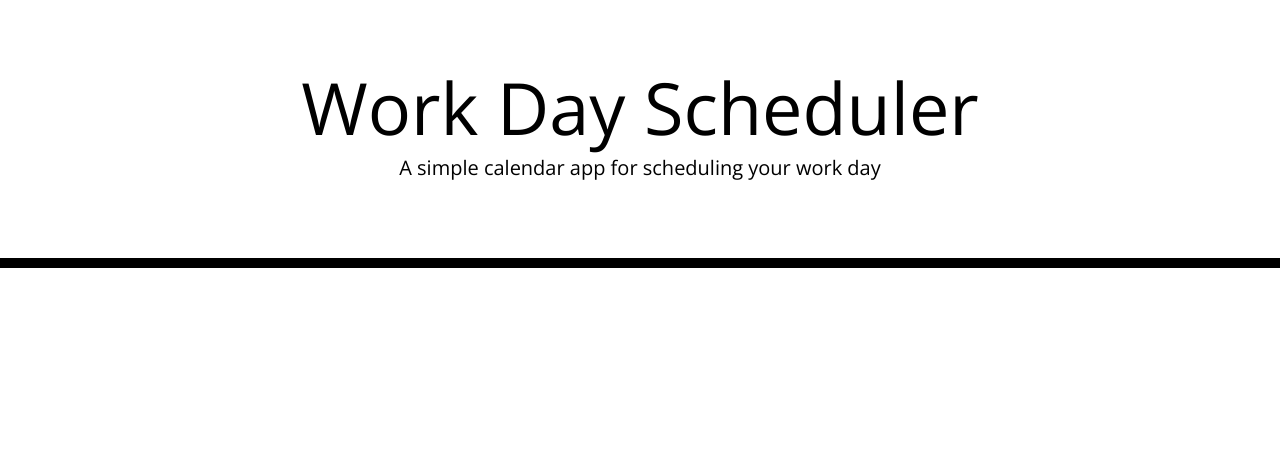
Repository: Mf948/DailyPlannerJS
Page: Develop/index.html
These files come from the project's save history. The page is drawn as it stood at one moment and after a run of saves; the edit follows.
The browser window is 1280 px wide. The pictures show the whole page.
Some web libraries are served in a nearby version.

Above is the page before, as saved 2020-12-08 22:09:21.
Console error: ReferenceError: el is not defined

### Develop/index.html
<!DOCTYPE html>
<html lang="en">
  <head>
    <meta charset="UTF-8" />
    <meta name="viewport" content="width=device-width, initial-scale=1.0" />
    <meta http-equiv="X-UA-Compatible" content="ie=edge" />
    <link
      rel="stylesheet"
      href="https://stackpath.bootstrapcdn.com/bootstrap/4.3.1/css/bootstrap.min.css"
    />
    <link
      rel="stylesheet"
      href="https://use.fontawesome.com/releases/v5.8.1/css/all.css"
      integrity="sha384-50oBUHEmvpQ+1lW4y57PTFmhCaXp0ML5d60M1M7uH2+nqUivzIebhndOJK28anvf"
      crossorigin="anonymous"
    />
    <link
      href="https://fonts.googleapis.com/css?family=Open+Sans&display=swap"
      rel="stylesheet"
    />
    <link rel="stylesheet" href="style.css" />
    <script src = "Java.js"></script>
    <title>Work Day Scheduler</title>
  </head>

  <body>
    <header class="jumbotron">
      <h1 class="display-3">Work Day Scheduler</h1>
      <p class="lead">A simple calendar app for scheduling your work day</p>
      <p id="currentDay" class="lead"></p>
    </header>
    <div class="container">
      <!-- Timeblocks go here -->
  <div
</div>
<table>

</table>
    </div>
    <script src="https://unpkg.com/dayjs@1.8.21/dayjs.min.js"></script>
    <script src="https://cdnjs.cloudflare.com/ajax/libs/jquery/3.2.1/jquery.min.js"></script>
    <script src="https://cdnjs.cloudflare.com/ajax/libs/moment.js/2.24.0/moment.min.js"></script>
  </body>
</html>

### Develop/style.css
body {
  font-family: 'Open Sans', sans-serif;
  font-size: 16px;
  line-height: 1;
}

textarea{
  background: transparent;
  border: none;
  resize: none;
  color: #000000;
  border-left: 1px solid black;
  padding: 10px;
}

.jumbotron {
  text-align: center;
  background-color: transparent;
  color: black;
  border-radius: 0;
  border-bottom: 10px solid black;
}

.description{
  white-space: pre-wrap;
}

.time-block{
  text-align: center;
  border-radius: 15px;
}

.row {
  white-space: pre-wrap;
  height: 80px;
  border-top: 1px solid white;;
}

.hour {
  background-color: #ffffff;
  color: #000000;
  border-top: 1px dashed #000000;
}

.past {
  background-color: #d3d3d3;
  color: white;
}

.present {
  background-color: #ff6961;
  color: white;
}

.future {
  background-color: #77dd77;
  color: white;
}

.saveBtn {
  border-left: 1px solid black;
  border-top-right-radius: 15px;
  border-bottom-right-radius: 15px;
  background-color: #06AED5;
  color: white;
}

.saveBtn i:hover {
  font-size: 20px;
  transition: all .3s ease-in-out;
}

### Develop/Java.js
console.log("hello")
 el.element = "hello"

After the next 3 saves:
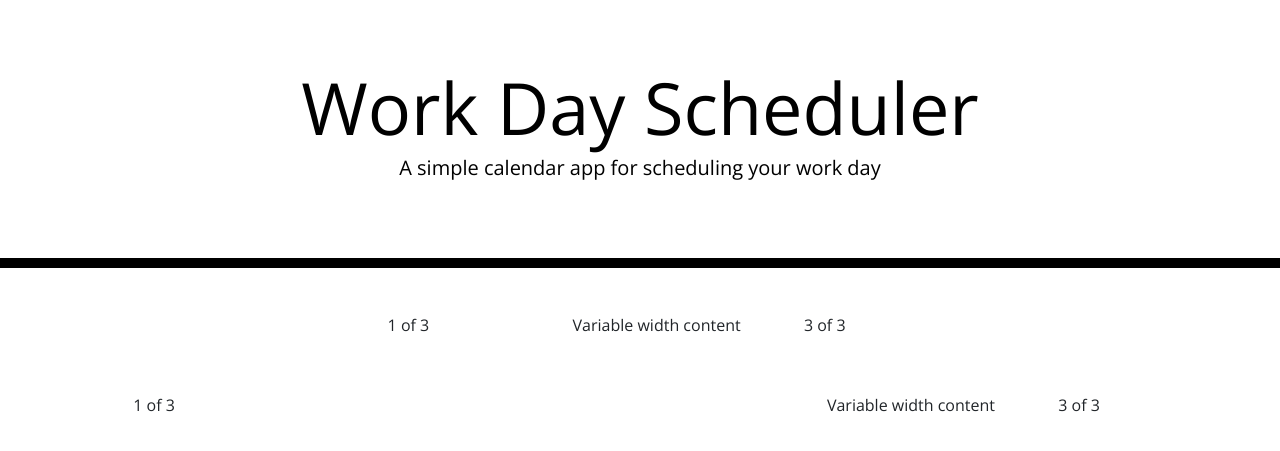
The 3 saves are shown as one change because they came seconds apart.
The last was saved 4 min 0 s later.
--- a/Develop/index.html
+++ b/Develop/index.html
@@ -32,8 +32,31 @@
     <div class="container">
       <!-- Timeblocks go here -->
   <div
-</div>
-<table>
+
+  <div class="container">
+    <div class="row justify-content-md-center">
+      <div class="col col-lg-2">
+        1 of 3
+      </div>
+      <div class="col-md-auto">
+        Variable width content
+      </div>
+      <div class="col col-lg-2">
+        3 of 3
+      </div>
+    </div>
+    <div class="row">
+      <div class="col">
+        1 of 3
+      </div>
+      <div class="col-md-auto">
+        Variable width content
+      </div>
+      <div class="col col-lg-2">
+        3 of 3
+      </div>
+    </div>
+  </div>
 
 </table>
     </div>
